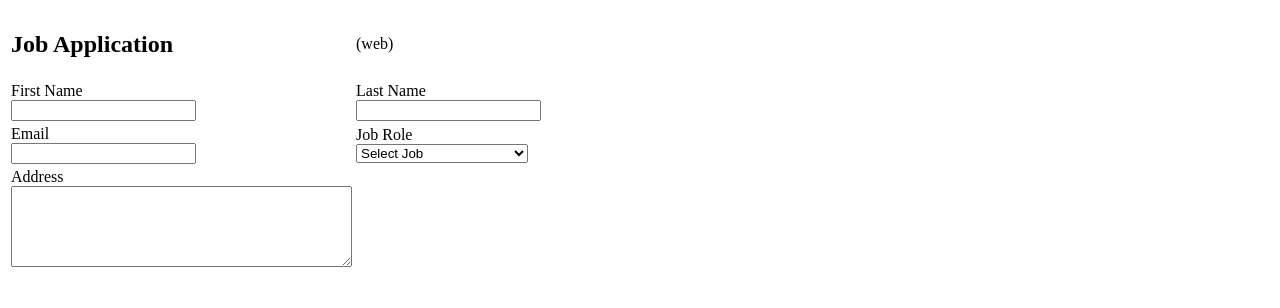
Repository: diensy/JOB-APPLICATION
Page: index.html
The author's editor kept a copy of each file at every save. The page is drawn from the files as they stood at one save, then again after the next save.
The browser window is 1280 px wide. The pictures show the whole page.

Above is the page before, as saved 2024-02-27 00:31:21.

After the next save:
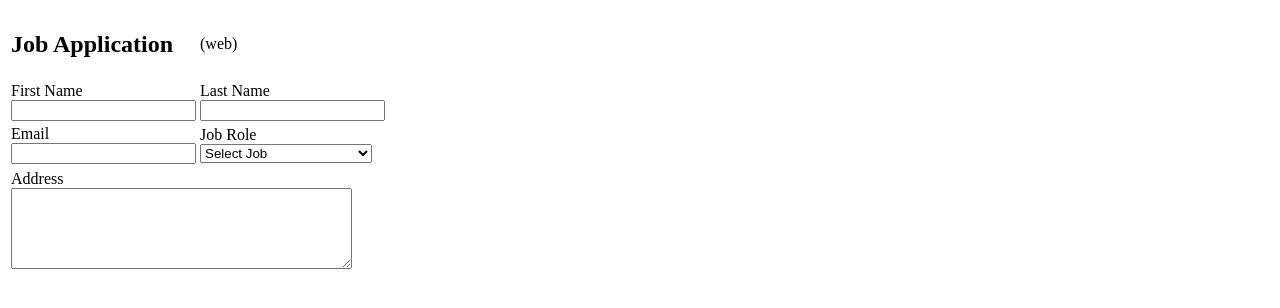
Saved 30 s later.
--- a/index.html
+++ b/index.html
@@ -44,6 +44,8 @@
             </select>
           </td>
         </tr>
+      </table>
+      <table>
         <tr>
           <td>
             <label for="Address" id="address">Address</label>
